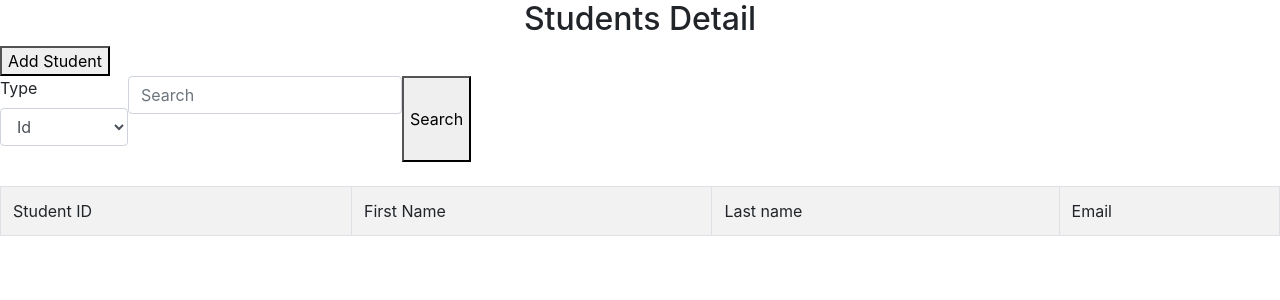
Repository: manvendra-24/jsp-servlets
Page: http://localhost/12-student-mvc-db/StudentController
The author's editor kept a copy of each file at every save. The page is drawn from the files as they stood at one save, then again after the next save.
The browser window is 1280 px wide. The pictures show the whole page.
The page is served by Tomcat 9. Queries for data that is not in the repository find no rows.

Above is the page before, as saved 2024-07-18 18:04:24.

After the next save:
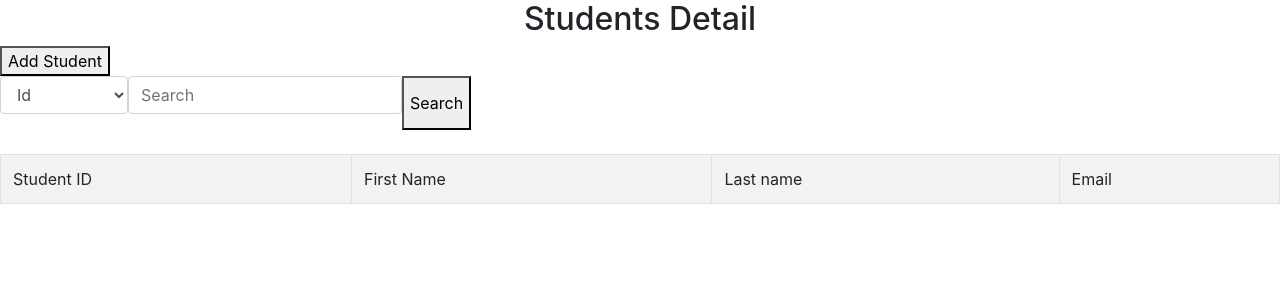
Saved 61 s later.
--- a/12-student-mvc-db/WebContent/view-students.jsp
+++ b/12-student-mvc-db/WebContent/view-students.jsp
@@ -20,8 +20,7 @@
 	<form class="input-group" action="StudentController" method="get">
 		<input type="hidden" name="command" value="search" />
 		<div class="form-group">
-			<label for="type">Type</label>
-			<select class="form-control" id="type" name="type">
+			<select class="form-control" id="type" name="type" placeholder="Type">
 				<option value="Id">Id</option>
 				<option value="First Name">First Name</option>
 				<option value="Last Name">Last Name</option>
